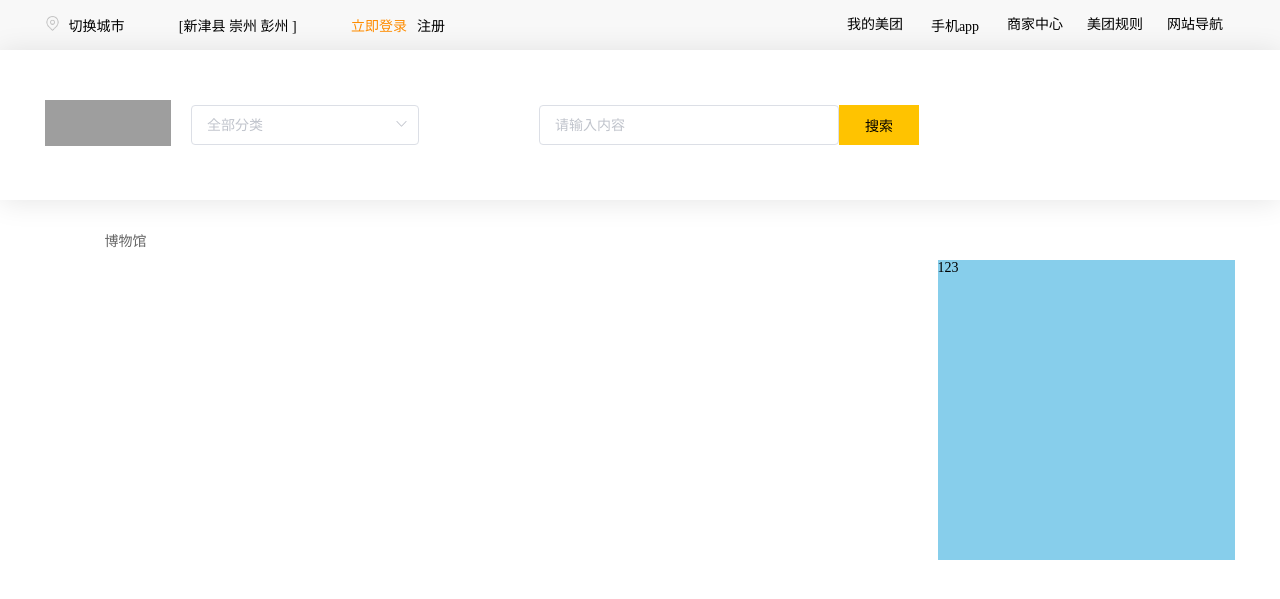
Repository: jinggegeZ/-
Page: /detail
An editor plug-in stored every save of this project. The page is shown before and after the next save, followed by the edit.
The browser window is 1280 px wide. The pictures show the whole page.
Pictures or frames that could not be fetched are drawn as grey boxes. The page's requests for data from a server got no answer. The project was rebuilt for these pictures with package versions that can differ from the ones it lists, and the page was loaded fresh each time. No one was signed in, and anything a server would have sent is missing. Also part of the build but not shown: vue.config.js, src/components/Navigation/Navigation.vue, src/components/navbox/navbox.vue, src/components/Sty/Sty.vue, src/views/Home.vue.

Above is the page before, as saved 2020-08-24 16:31:11.

After the next save:
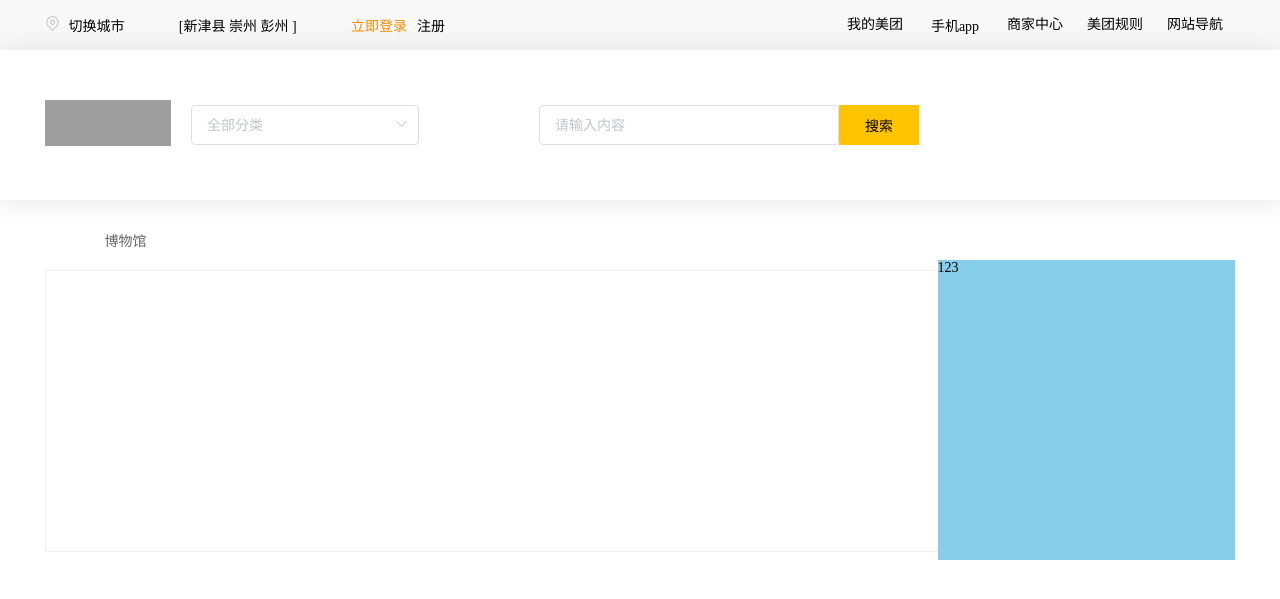
Saved 31 s later.
--- a/src/style/style.css
+++ b/src/style/style.css
@@ -1314,5 +1314,7 @@
 }
 .location-box {
     width: 100%;
-
-}
+    height: 280px;
+    margin-top: 10px;
+    border: 1px solid rgb(240,240,240);
+}
